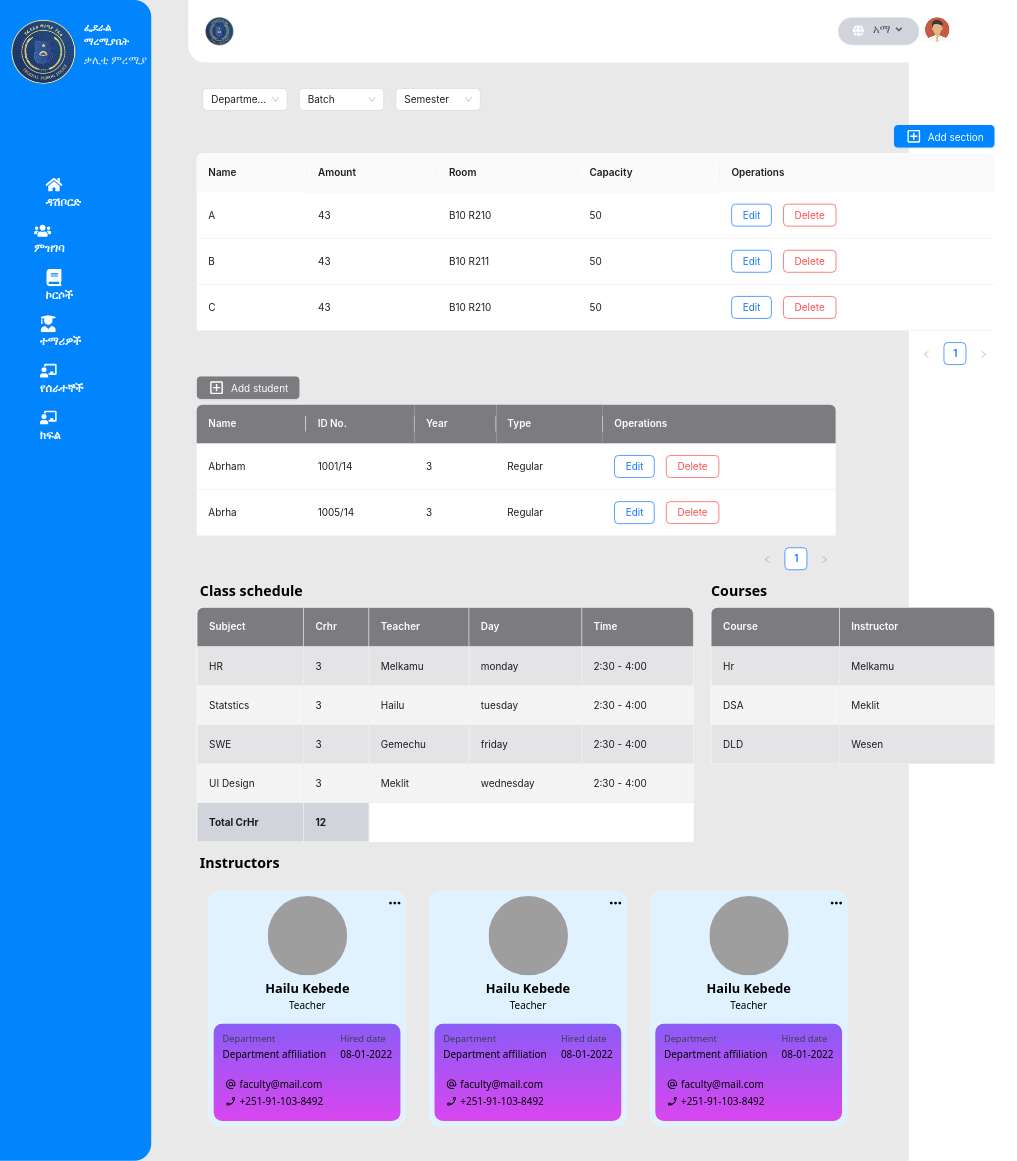
Repository: Yigoya/federal-prison-education-ms-frontend
Page: /classroom, after clicking the first element matching `td.ant-table-cell > a`
An editor plug-in stored every save of this project. The page is shown before and after a run of saves, followed by the edit.
The browser window is 1280 px wide. The page is 1433 px wide, so the pictures cover 1433 px, including what lies to the right of the window. The pictures show the whole page, at 71% of full size.
Pictures or frames that could not be fetched are drawn as grey boxes. The project was rebuilt for these pictures with package versions that can differ from the ones it lists, and the page was loaded fresh each time. Also part of the build but not shown: vite.config.js, src/pages/DashBoard.jsx, src/pages/Courses.jsx, src/layout/AuthLayout.jsx, src/pages/Login.jsx, src/pages/Teachers.jsx, src/pages/StudentRegistration.jsx, src/components/classroom/ComboBox.jsx and 1 more. Imported but missing from the stored project, and not drawn on this page: src/pages/Students.

Above is the page before, as saved 2024-07-05 15:16:34.

After the next 5 saves:
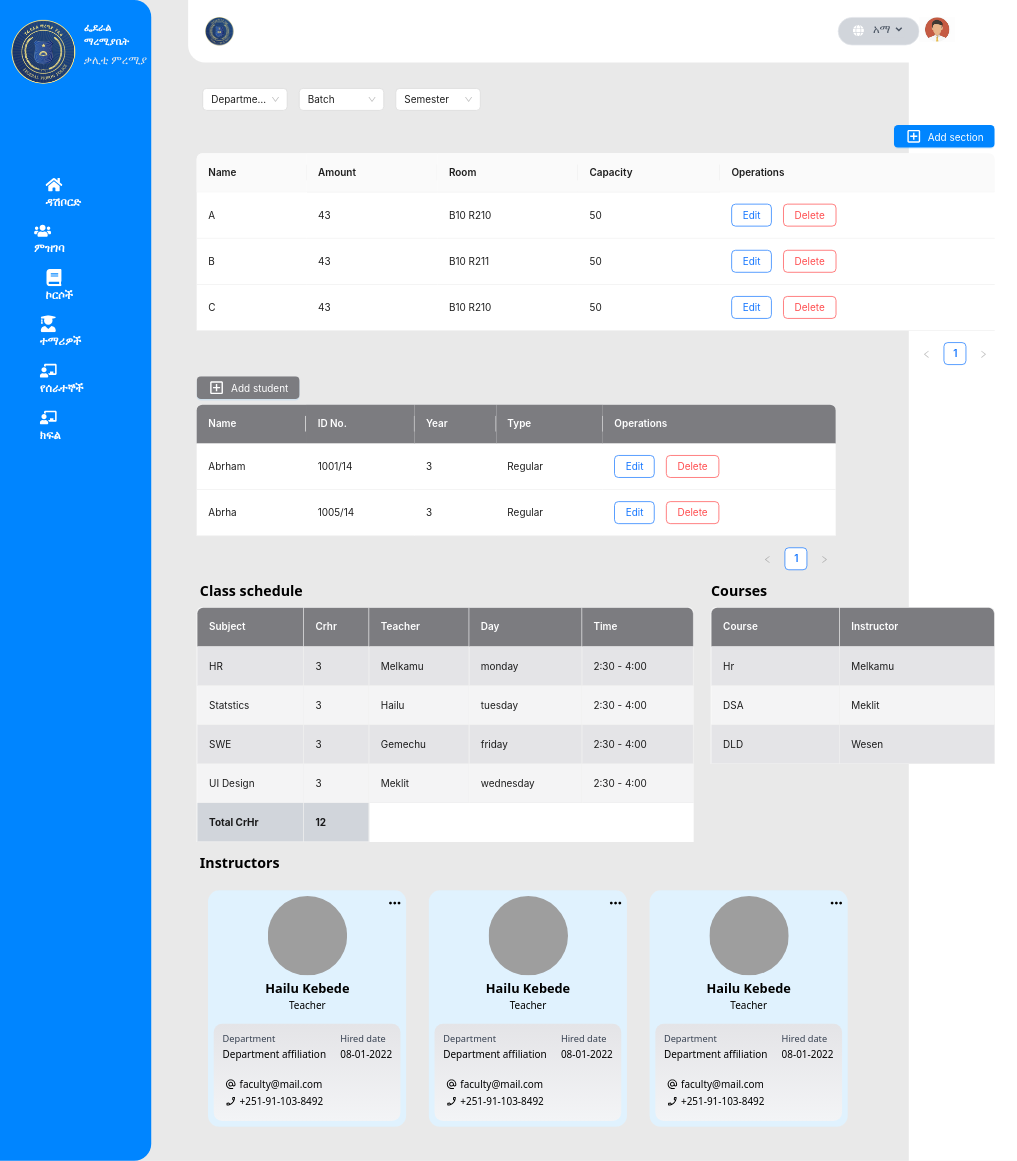
The 5 saves are shown as one change because they came seconds apart.
The last was saved 14 s later.
--- a/src/components/classroom/InstructorDetails.jsx
+++ b/src/components/classroom/InstructorDetails.jsx
@@ -23,7 +23,7 @@
       </div>
 
       {/* Additional info */}
-      <div className="bg-gradient-to-b from-violet-500 to-fuchsia-500 rounded-xl w-full p-3 leading-3.5 mt-4">
+      <div className="bg-gradient-to-b from-zinc-200 to-gray-100 rounded-xl w-full p-3 leading-3.5 mt-4">
         <div className="flex gap-5">
           <div>
             <p className="text-[13px] text-gray-700">Department</p>
